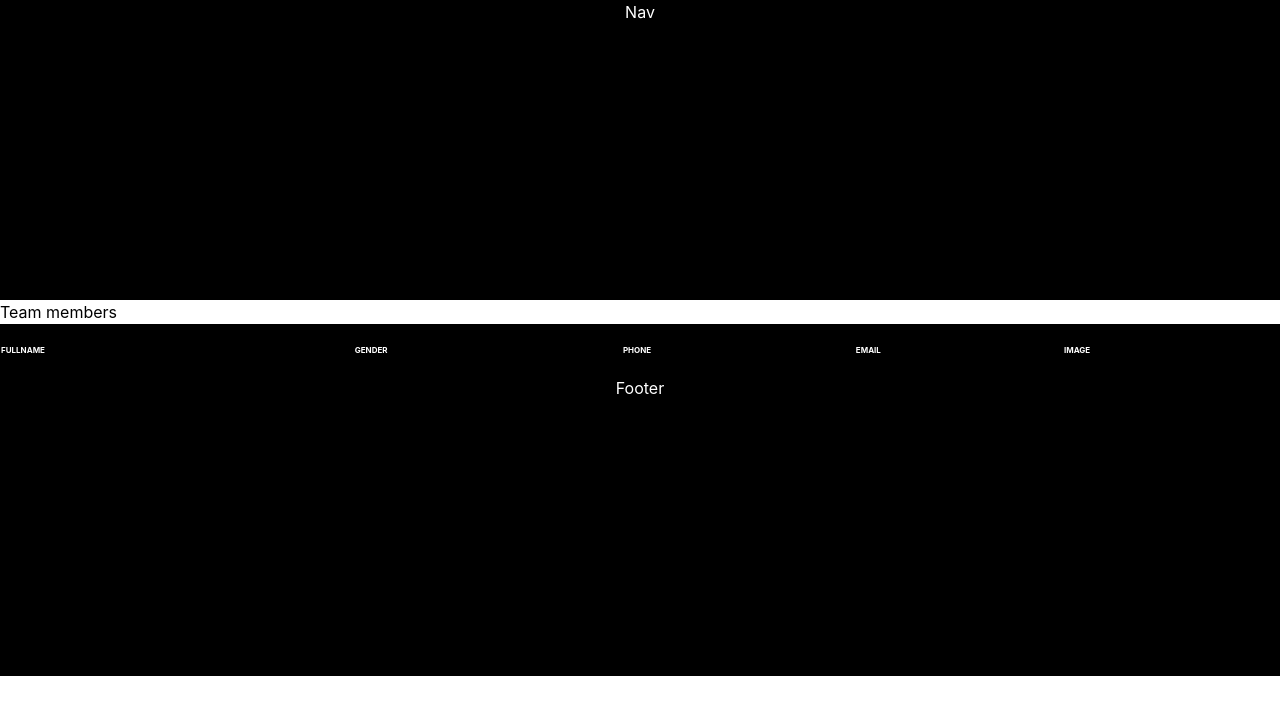
Repository: Eugene44-hub/SHRGroup46-capstone
Page: /members
These files come from the project's save history. The page is drawn as it stood at one moment and after the next save; the edit follows.
The browser window is 1280 px wide. The pictures show the whole page.
The page's requests for data from a server got no answer. The project was rebuilt for these pictures with package versions that can differ from the ones it lists, and the page was loaded fresh each time. No one was signed in, and anything a server would have sent is missing.

Above is the page before, as saved 2022-05-17 13:22:05.

After the next save:
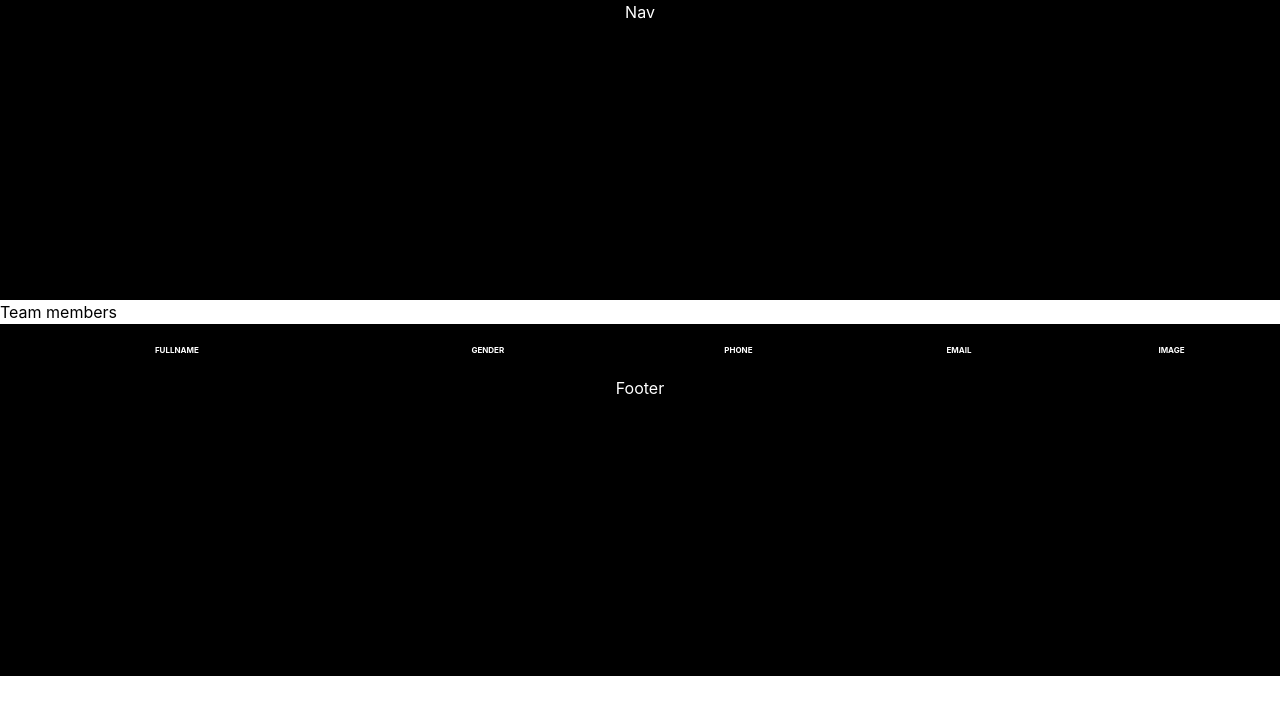
Saved 34 s later.
--- a/src/pages/members/Members.jsx
+++ b/src/pages/members/Members.jsx
@@ -17,11 +17,11 @@ console.log(members);
 <table className='w-full bg-black text-white'>
 
     <tr>
-      <th className='text-left py-5 text-[.5rem] uppercase'>fullname</th>
-      <th className='text-left py-5 text-[.5rem] uppercase'>gender</th>
-      <th className='text-left py-5 text-[.5rem] uppercase'>phone</th>
-      <th className='text-left py-5 text-[.5rem] uppercase'>email</th>
-      <th className='text-left py-5 text-[.5rem] uppercase'>image</th>
+      <th className='text-center py-5 text-[.5rem] uppercase'>fullname</th>
+      <th className='text-center py-5 text-[.5rem] uppercase'>gender</th>
+      <th className='text-center py-5 text-[.5rem] uppercase'>phone</th>
+      <th className='text-center py-5 text-[.5rem] uppercase'>email</th>
+      <th className='text-center py-5 text-[.5rem] uppercase'>image</th>
     </tr>
 
 
